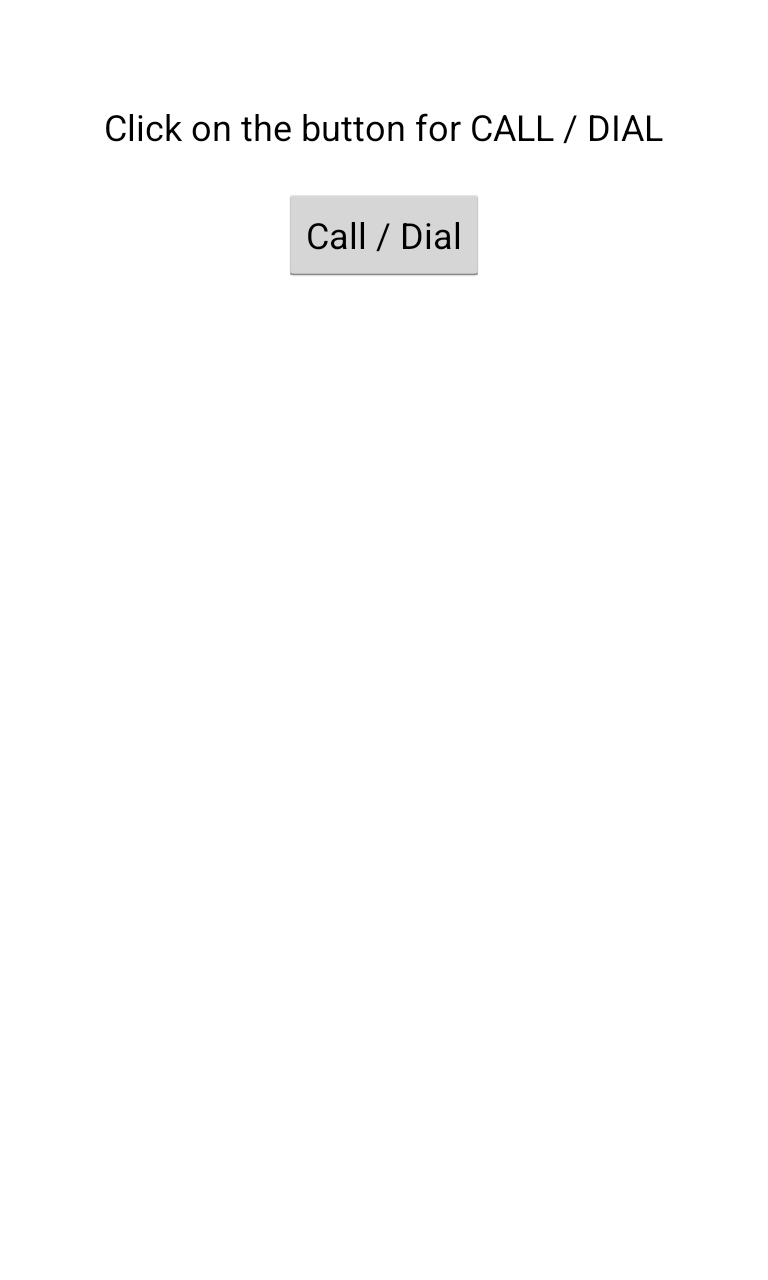
Repository: MadhuHS/JECM3
Layout: ImplicitIntents/res/layout/activity_main.xml
The author's editor kept a copy of each file at every save. The layout is drawn from the files as they stood at one save, then again after the next save.
It is drawn on a 768 x 1280 px phone screen (xhdpi) without system bars, with theme AppTheme; the app's code is not run.

Above is the layout before, as saved 2015-11-23 03:23:28.

After the next save:
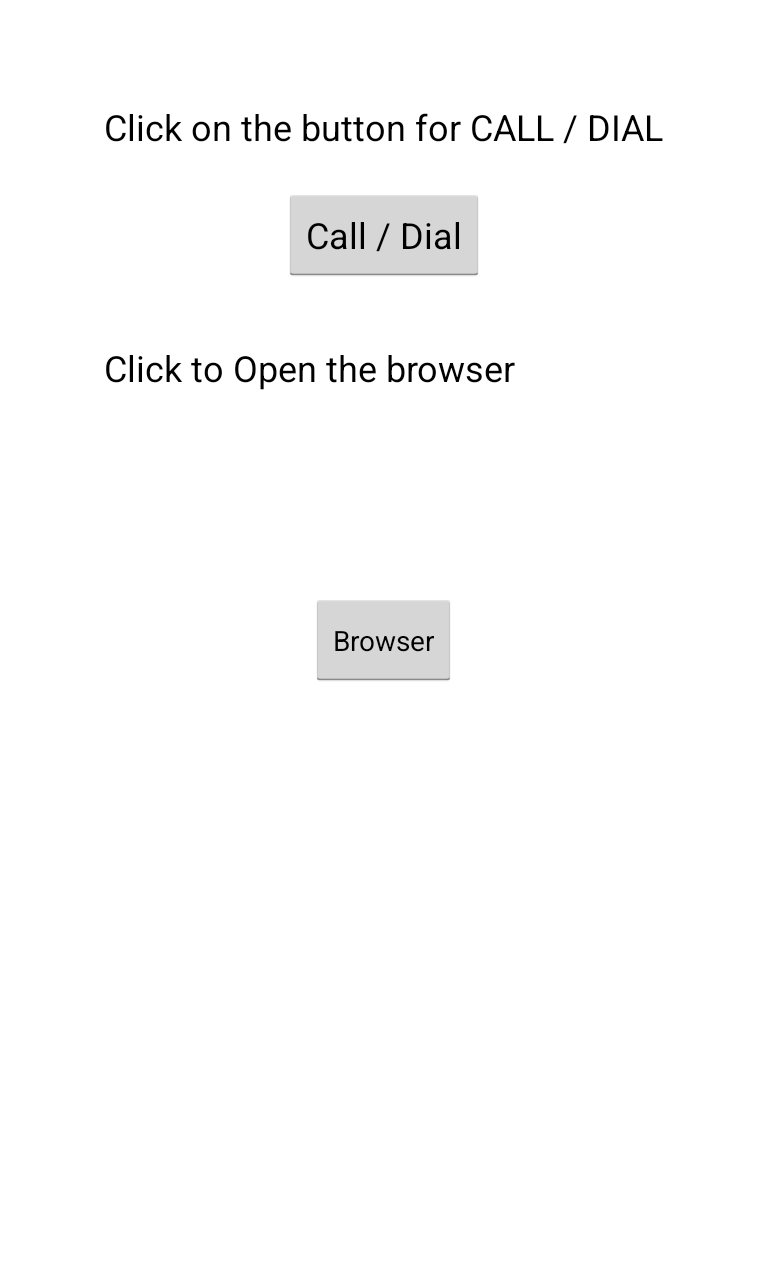
Saved 9 min 48 s later.
--- a/ImplicitIntents/res/layout/activity_main.xml
+++ b/ImplicitIntents/res/layout/activity_main.xml
@@ -27,4 +27,24 @@
         android:layout_marginTop="18dp"
         android:text="Call / Dial" />
 
+    <TextView
+        android:id="@+id/textView1"
+        android:layout_width="wrap_content"
+        android:layout_height="wrap_content"
+        android:layout_alignLeft="@+id/textViewphonemsg"
+        android:layout_alignRight="@+id/textViewphonemsg"
+        android:layout_below="@+id/buttoncall"
+        android:layout_marginTop="30dp"
+        android:text="Click to Open the browser"
+        android:textAppearance="?android:attr/textAppearanceMedium" />
+
+    <Button
+        android:id="@+id/buttonbrowser"
+        style="?android:attr/buttonStyleSmall"
+        android:layout_width="wrap_content"
+        android:layout_height="wrap_content"
+        android:layout_centerHorizontal="true"
+        android:layout_centerVertical="true"
+        android:text="Browser" />
+
 </RelativeLayout>
